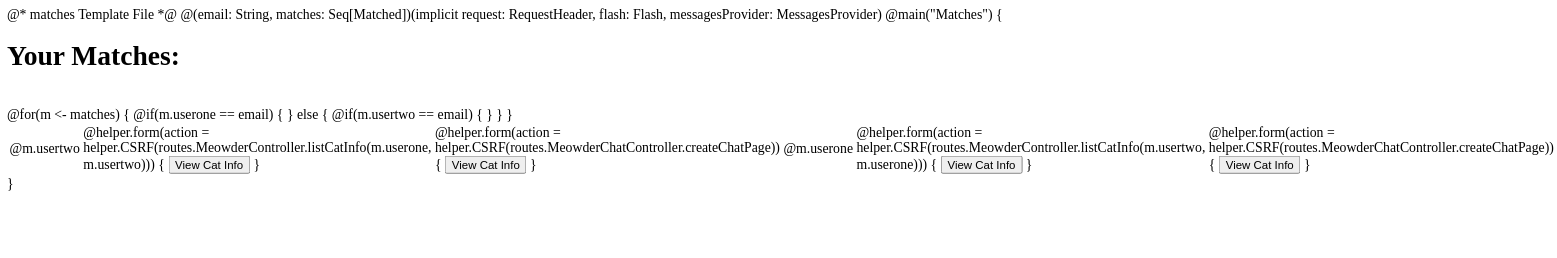
Repository: CSCI3345-S18/web-apps-project-s18-datingapp
Page: CSCI3345-S18/server/app/views/matches.scala.html
The author's editor kept a copy of each file at every save. The page is drawn from the files as they stood at one save, then again after the next save.
The browser window is 1280 px wide. The page is 1810 px wide, so the pictures cover 1810 px, including what lies to the right of the window. The pictures show the whole page, at 86% of full size.

Above is the page before, as saved 2018-05-07 00:41:48.

### CSCI3345-S18/server/app/views/matches.scala.html
@* matches Template File *@
@(email: String, matches: Seq[Matched])(implicit request: RequestHeader, flash: Flash, messagesProvider: MessagesProvider)

@main("Matches") {
	<h1>Your Matches:</h1>
	<br>
	<table>
		@for(m <- matches) {
			<tr>
			@if(m.userone == email) {
					<td>@m.usertwo</td>
					<td>@helper.form(action = helper.CSRF(routes.MeowderController.listCatInfo(m.userone, m.usertwo))) {
						<input type="submit" name="catInfo" value="View Cat Info">
						}
					</td>
					<td>@helper.form(action = helper.CSRF(routes.MeowderChatController.createChatPage)) {
						<input type="submit" name="catInfo" value="View Cat Info">
						}
					</td>
			} else {
				@if(m.usertwo == email) {
						<td>@m.userone</td>
						<td>@helper.form(action = helper.CSRF(routes.MeowderController.listCatInfo(m.usertwo, m.userone))) {
							<input type="submit" name="catInfo" value="View Cat Info">
							}
						</td>
						<td>@helper.form(action = helper.CSRF(routes.MeowderChatController.createChatPage)) {
						<input type="submit" name="catInfo" value="View Cat Info">
						}
					</td>
				}
			}
			</tr>
		}
	</table>
}

After the next save:
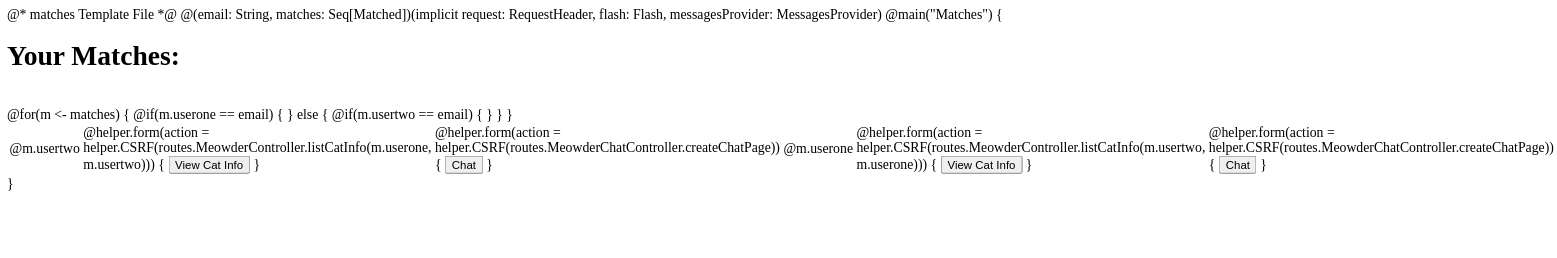
Saved 23 s later.
--- a/CSCI3345-S18/server/app/views/matches.scala.html
+++ b/CSCI3345-S18/server/app/views/matches.scala.html
@@ -14,7 +14,7 @@
 						}
 					</td>
 					<td>@helper.form(action = helper.CSRF(routes.MeowderChatController.createChatPage)) {
-						<input type="submit" name="catInfo" value="View Cat Info">
+						<input type="submit" name="catInfo" value="Chat">
 						}
 					</td>
 			} else {
@@ -25,7 +25,7 @@
 							}
 						</td>
 						<td>@helper.form(action = helper.CSRF(routes.MeowderChatController.createChatPage)) {
-						<input type="submit" name="catInfo" value="View Cat Info">
+						<input type="submit" name="catInfo" value="Chat">
 						}
 					</td>
 				}
